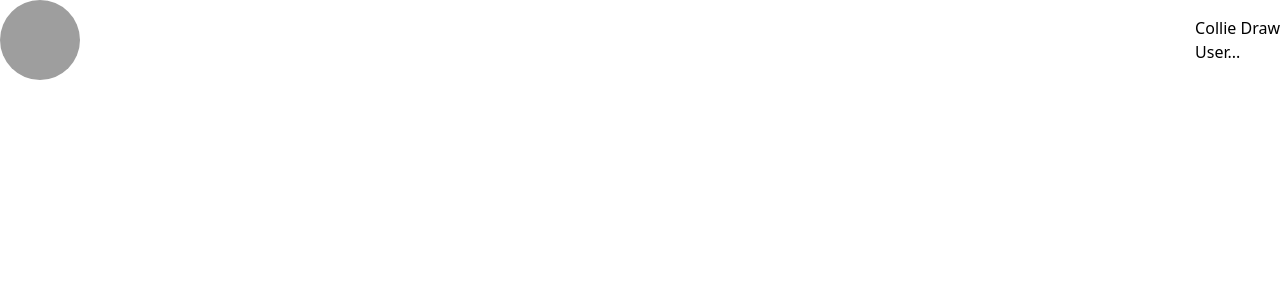
Repository: dcolind/BlockChain-Lotto
Page: /
An editor plug-in stored every save of this project. The page is shown before and after a run of saves, followed by the edit.
The browser window is 1280 px wide. The pictures show the whole page.
Pictures or frames that could not be fetched are drawn as grey boxes. The project was rebuilt for these pictures with package versions that can differ from the ones it lists, and the page was loaded fresh each time. The framework's server and built-in components were replaced by stand-ins that run in the browser. Also part of the build but not shown: next.config.js.

Above is the page before, as saved 2022-08-30 11:24:45.

After the next 2 saves:
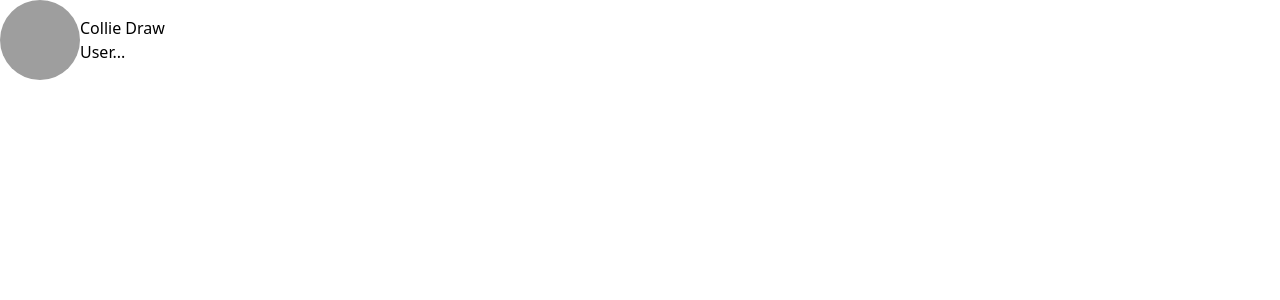
The 2 saves are shown as one change because they came seconds apart.
The last was saved 10 s later.
--- a/components/Header.tsx
+++ b/components/Header.tsx
@@ -3,7 +3,7 @@ import React from 'react'
 function Header() {
   return (
     <div>
-        <div className="flex justify-between items-center w-full">
+        <div className="flex  items-center space">
            <img className="rounded-full h-20 w-20"
            src="https://i.imgur.com/4h7mAu7.png"
            alt="" />
